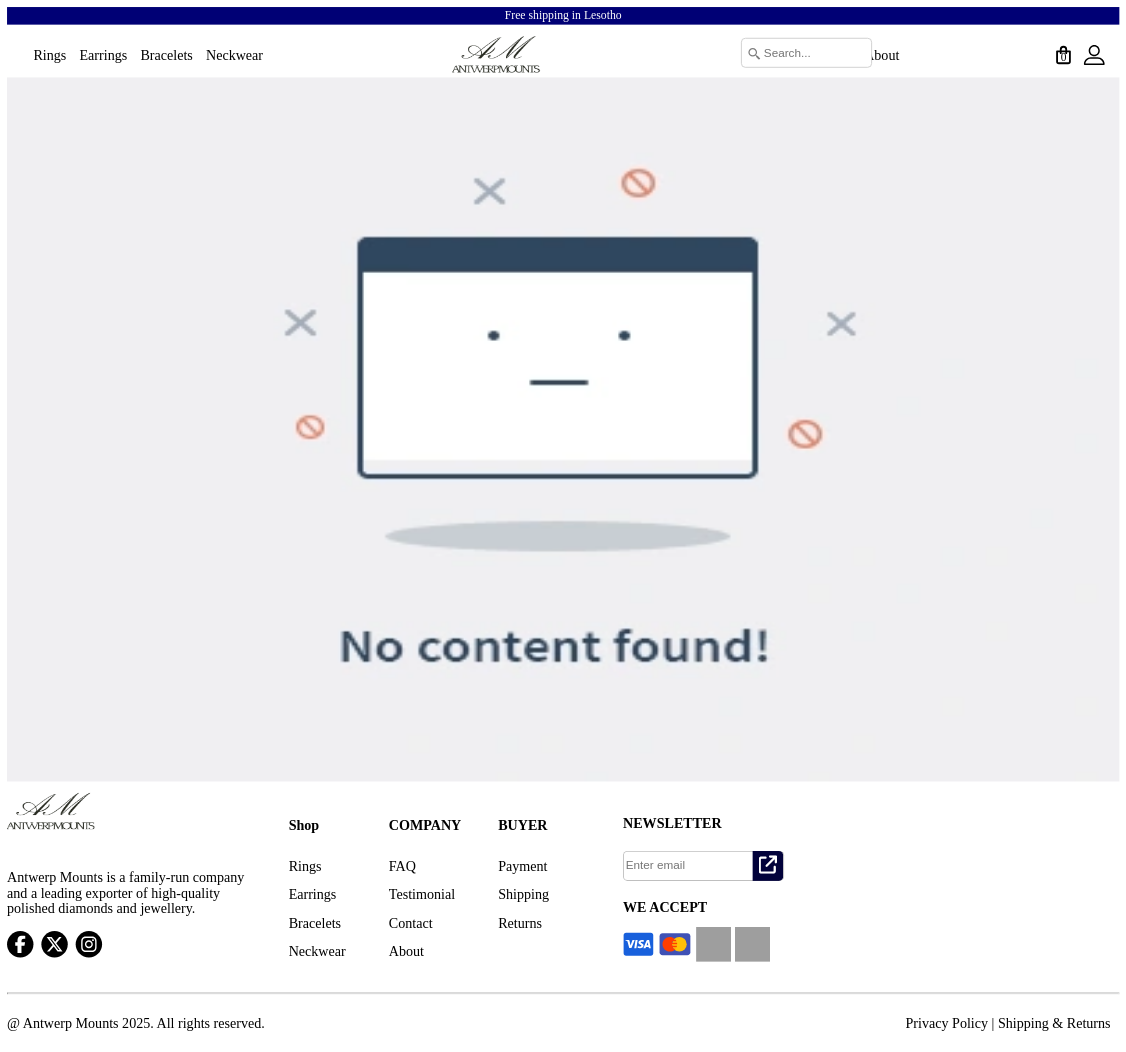
Repository: kea-0424/Web-Development-Project-1
Page: First_collaboration/JewelarySite.html
These files come from the project's save history. The page is drawn as it stood at one moment and after a run of saves; the edit follows.
The browser window is 1280 px wide. The pictures show the whole page, at 88% of full size.
Pictures or frames that could not be fetched are drawn as grey boxes.

Above is the page before, as saved 2025-01-23 14:41:58.

After the next 3 saves:
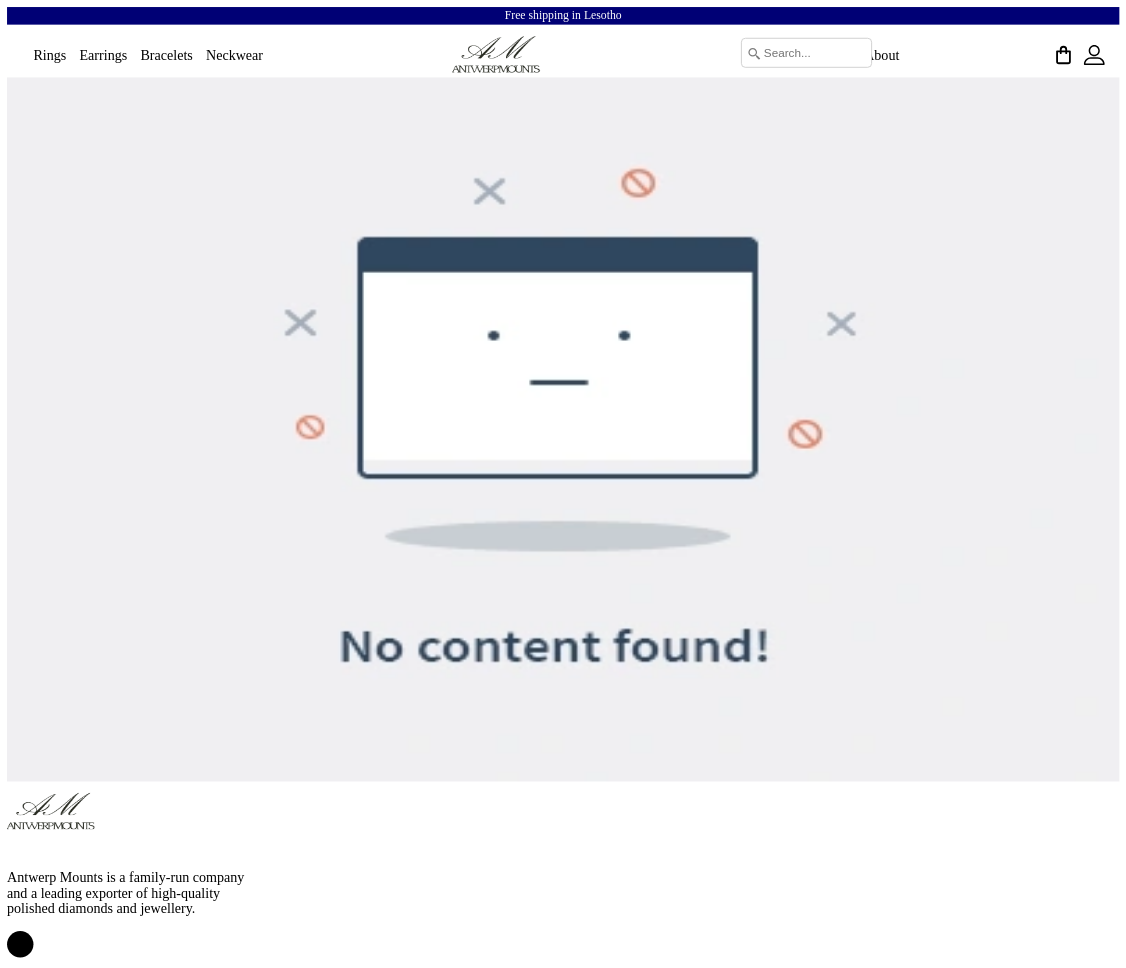
The 3 saves are shown as one change because they came seconds apart.
The last was saved 18 min 1 s later.
--- a/First_collaboration/JewelarySite.html
+++ b/First_collaboration/JewelarySite.html
@@ -55,7 +55,7 @@
                             </div>
                                 <div class="social_media">
                                     <div class="socials1" >
-                                        <a href="#"><img src="./facebook-f-brands-solid.svg" alt="Facebook" id="facebook_link"></a>
+                                        <a href="#"><!--<img src="./facebook-f-brands-solid.svg" alt="Facebook" id="facebook_link"></a>
                                     </div>
                                     <div class="socials2">
                                         <a href="#"><img src="./x-twitter-brands-solid.svg" alt="Twitter" id="X_link"></a>
